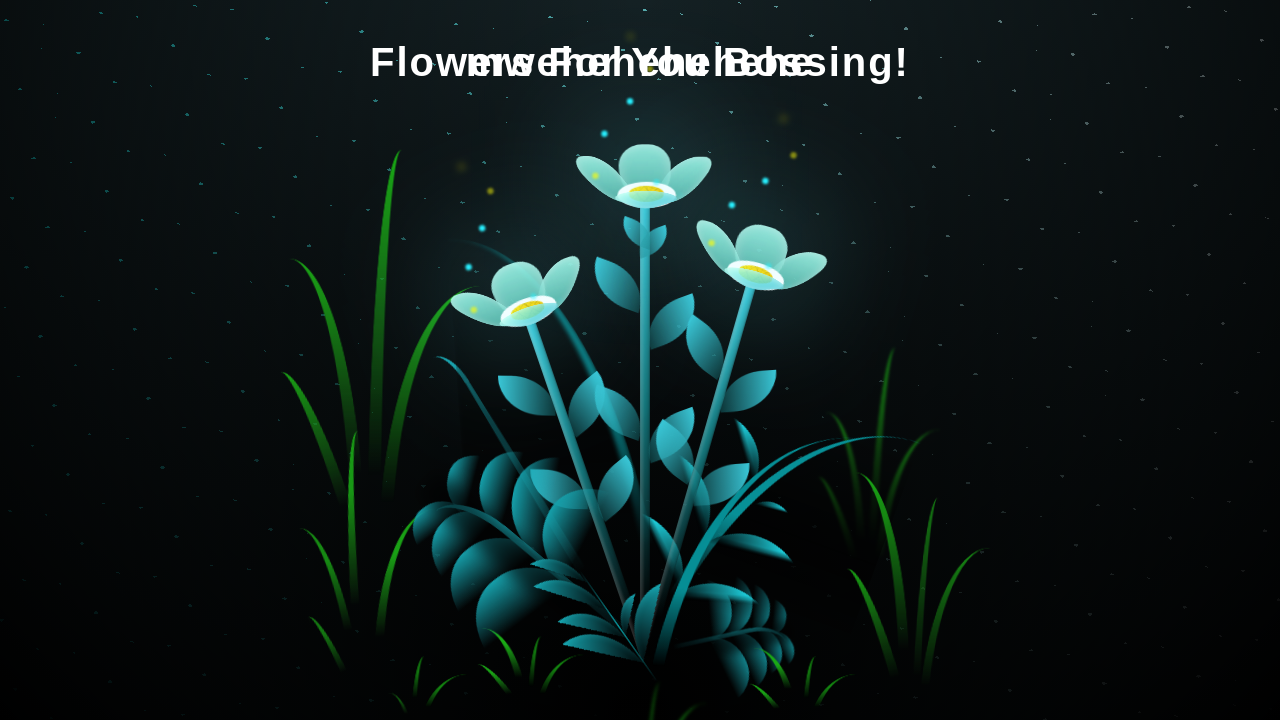
Repository: Iamfell/Valentines
Page: flower.html
The author's editor kept a copy of each file at every save. The page is drawn from the files as they stood at one save, then again after the next save.
The browser window is 1280 px wide. The pictures show the window.
A layer covers the whole window, so only the first screen is drawn.

Above is the page before, as saved 2026-02-12 18:22:59.

### flower.html
<!DOCTYPE html>
<html lang="en">
<head>
    <meta charset="UTF-8">
    <meta http-equiv="X-UA-Compatible" content="IE=edge">
    <meta name="viewport" content="width=device-width, initial-scale=1.0">
    <link rel="stylesheet" href="css/main.css">
    <link rel="icon" href="img/flowers.png" type="image/x-icon">
    <title>Happy Valentines Boss</title>
</head>
<body class="container">
    <h1 class="title">Flowers For You Bossing!</h1>
    <h1 class="title">mwehehehehehe</h1>
    <div class="night"></div>
    <div class="night"></div>
    <div class="flowers">
      <div class="flower flower--1">
        <div class="flower__leafs flower__leafs--1">
          <div class="flower__leaf flower__leaf--1"></div>
          <div class="flower__leaf flower__leaf--2"></div>
          <div class="flower__leaf flower__leaf--3"></div>
          <div class="flower__leaf flower__leaf--4"></div>
          <div class="flower__white-circle"></div>

          <div class="flower__light flower__light--1"></div>
          <div class="flower__light flower__light--2"></div>
          <div class="flower__light flower__light--3"></div>
          <div class="flower__light flower__light--4"></div>
          <div class="flower__light flower__light--5"></div>
          <div class="flower__light flower__light--6"></div>
          <div class="flower__light flower__light--7"></div>
          <div class="flower__light flower__light--8"></div>

        </div>
        <div class="flower__line">
          <div class="flower__line__leaf flower__line__leaf--1"></div>
          <div class="flower__line__leaf flower__line__leaf--2"></div>
          <div class="flower__line__leaf flower__line__leaf--3"></div>
          <div class="flower__line__leaf flower__line__leaf--4"></div>
          <div class="flower__line__leaf flower__line__leaf--5"></div>
          <div class="flower__line__leaf flower__line__leaf--6"></div>
        </div>
      </div>

      <div class="flower flower--2">
        <div class="flower__leafs flower__leafs--2">
          <div class="flower__leaf flower__leaf--1"></div>
          <div class="flower__leaf flower__leaf--2"></div>
          <div class="flower__leaf flower__leaf--3"></div>
          <div class="flower__leaf flower__leaf--4"></div>
          <div class="flower__white-circle"></div>

          <div class="flower__light flower__light--1"></div>
          <div class="flower__light flower__light--2"></div>
          <div class="flower__light flower__light--3"></div>
          <div class="flower__light flower__light--4"></div>
          <div class="flower__light flower__light--5"></div>
          <div class="flower__light flower__light--6"></div>
          <div class="flower__light flower__light--7"></div>
          <div class="flower__light flower__light--8"></div>

        </div>
        <div class="flower__line">
          <div class="flower__line__leaf flower__line__leaf--1"></div>
          <div class="flower__line__leaf flower__line__leaf--2"></div>
          <div class="flower__line__leaf flower__line__leaf--3"></div>
          <div class="flower__line__leaf flower__line__leaf--4"></div>
        </div>
      </div>

      <div class="flower flower--3">
        <div class="flower__leafs flower__leafs--3">
          <div class="flower__leaf flower__leaf--1"></div>
          <div class="flower__leaf flower__leaf--2"></div>
          <div class="flower__leaf flower__leaf--3"></div>
          <div class="flower__leaf flower__leaf--4"></div>
          <div class="flower__white-circle"></div>

          <div class="flower__light flower__light--1"></div>
          <div class="flower__light flower__light--2"></div>
          <div class="flower__light flower__light--3"></div>
          <div class="flower__light flower__light--4"></div>
          <div class="flower__light flower__light--5"></div>
          <div class="flower__light flower__light--6"></div>
          <div class="flower__light flower__light--7"></div>
          <div class="flower__light flower__light--8"></div>

        </div>
        <div class="flower__line">
          <div class="flower__line__leaf flower__line__leaf--1"></div>
          <div class="flower__line__leaf flower__line__leaf--2"></div>
          <div class="flower__line__leaf flower__line__leaf--3"></div>
          <div class="flower__line__leaf flower__line__leaf--4"></div>
        </div>
      </div>

      <div class="grow-ans" style="--d:1.2s">
        <div class="flower__g-long">
          <div class="flower__g-long__top"></div>
          <div class="flower__g-long__bottom"></div>
        </div>
      </div>

      <div class="growing-grass">
        <div class="flower__grass flower__grass--1">
          <div class="flower__grass--top"></div>
          <div class="flower__grass--bottom"></div>
          <div class="flower__grass__leaf flower__grass__leaf--1"></div>
          <div class="flower__grass__leaf flower__grass__leaf--2"></div>
          <div class="flower__grass__leaf flower__grass__leaf--3"></div>
          <div class="flower__grass__leaf flower__grass__leaf--4"></div>
          <div class="flower__grass__leaf flower__grass__leaf--5"></div>
          <div class="flower__grass__leaf flower__grass__leaf--6"></div>
          <div class="flower__grass__leaf flower__grass__leaf--7"></div>
          <div class="flower__grass__leaf flower__grass__leaf--8"></div>
          <div class="flower__grass__overlay"></div>
        </div>
      </div>

      <div class="growing-grass">
        <div class="flower__grass flower__grass--2">
          <div class="flower__grass--top"></div>
          <div class="flower__grass--bottom"></div>
          <div class="flower__grass__leaf flower__grass__leaf--1"></div>
          <div class="flower__grass__leaf flower__grass__leaf--2"></div>
          <div class="flower__grass__leaf flower__grass__leaf--3"></div>
          <div class="flower__grass__leaf flower__grass__leaf--4"></div>
          <div class="flower__grass__leaf flower__grass__leaf--5"></div>
          <div class="flower__grass__leaf flower__grass__leaf--6"></div>
          <div class="flower__grass__leaf flower__grass__leaf--7"></div>
          <div class="flower__grass__leaf flower__grass__leaf--8"></div>
          <div class="flower__grass__overlay"></div>
        </div>
      </div>

      <div class="grow-ans" style="--d:2.4s">
        <div class="flower__g-right flower__g-right--1">
          <div class="leaf"></div>
        </div>
      </div>

      <div class="grow-ans" style="--d:2.8s">
        <div class="flower__g-right flower__g-right--2">
          <div class="leaf"></div>
        </div>
      </div>

      <div class="grow-ans" style="--d:2.8s">
        <div class="flower__g-front">
          <div class="flower__g-front__leaf-wrapper flower__g-front__leaf-wrapper--1">
            <div class="flower__g-front__leaf"></div>
          </div>
          <div class="flower__g-front__leaf-wrapper flower__g-front__leaf-wrapper--2">
            <div class="flower__g-front__leaf"></div>
          </div>
          <div class="flower__g-front__leaf-wrapper flower__g-front__leaf-wrapper--3">
            <div class="flower__g-front__leaf"></div>
          </div>
          <div class="flower__g-front__leaf-wrapper flower__g-front__leaf-wrapper--4">
            <div class="flower__g-front__leaf"></div>
          </div>
          <div class="flower__g-front__leaf-wrapper flower__g-front__leaf-wrapper--5">
            <div class="flower__g-front__leaf"></div>
          </div>
          <div class="flower__g-front__leaf-wrapper flower__g-front__leaf-wrapper--6">
            <div class="flower__g-front__leaf"></div>
          </div>
          <div class="flower__g-front__leaf-wrapper flower__g-front__leaf-wrapper--7">
            <div class="flower__g-front__leaf"></div>
          </div>
          <div class="flower__g-front__leaf-wrapper flower__g-front__leaf-wrapper--8">
            <div class="flower__g-front__leaf"></div>
          </div>
          <div class="flower__g-front__line"></div>
        </div>
      </div>

      <div class="grow-ans" style="--d:3.2s">
        <div class="flower__g-fr">
          <div class="leaf"></div>
          <div class="flower__g-fr__leaf flower__g-fr__leaf--1"></div>
          <div class="flower__g-fr__leaf flower__g-fr__leaf--2"></div>
          <div class="flower__g-fr__leaf flower__g-fr__leaf--3"></div>
          <div class="flower__g-fr__leaf flower__g-fr__leaf--4"></div>
          <div class="flower__g-fr__leaf flower__g-fr__leaf--5"></div>
          <div class="flower__g-fr__leaf flower__g-fr__leaf--6"></div>
          <div class="flower__g-fr__leaf flower__g-fr__leaf--7"></div>
          <div class="flower__g-fr__leaf flower__g-fr__leaf--8"></div>
        </div>
      </div>

      <div class="long-g long-g--0">
        <div class="grow-ans" style="--d:3s">
          <div class="leaf leaf--0"></div>
        </div>
        <div class="grow-ans" style="--d:2.2s">
          <div class="leaf leaf--1"></div>
        </div>
        <div class="grow-ans" style="--d:3.4s">
          <div class="leaf leaf--2"></div>
        </div>
        <div class="grow-ans" style="--d:3.6s">
          <div class="leaf leaf--3"></div>
        </div>
      </div>

      <div class="long-g long-g--1">
        <div class="grow-ans" style="--d:3.6s">
          <div class="leaf leaf--0"></div>
        </div>
        <div class="grow-ans" style="--d:3.8s">
          <div class="leaf leaf--1"></div>
        </div>
        <div class="grow-ans" style="--d:4s">
          <div class="leaf leaf--2"></div>
        </div>
        <div class="grow-ans" style="--d:4.2s">
          <div class="leaf leaf--3"></div>
        </div>
      </div>

      <div class="long-g long-g--2">
        <div class="grow-ans" style="--d:4s">
          <div class="leaf leaf--0"></div>
        </div>
        <div class="grow-ans" style="--d:4.2s">
          <div class="leaf leaf--1"></div>
        </div>
        <div class="grow-ans" style="--d:4.4s">
          <div class="leaf leaf--2"></div>
        </div>
        <div class="grow-ans" style="--d:4.6s">
          <div class="leaf leaf--3"></div>
        </div>
      </div>

      <div class="long-g long-g--3">
        <div class="grow-ans" style="--d:4s">
          <div class="leaf leaf--0"></div>
        </div>
        <div class="grow-ans" style="--d:4.2s">
          <div class="leaf leaf--1"></div>
        </div>
        <div class="grow-ans" style="--d:3s">
          <div class="leaf leaf--2"></div>
        </div>
        <div class="grow-ans" style="--d:3.6s">
          <div class="leaf leaf--3"></div>
        </div>
      </div>

      <div class="long-g long-g--4">
        <div class="grow-ans" style="--d:4s">
          <div class="leaf leaf--0"></div>
        </div>
        <div class="grow-ans" style="--d:4.2s">
          <div class="leaf leaf--1"></div>
        </div>
        <div class="grow-ans" style="--d:3s">
          <div class="leaf leaf--2"></div>
        </div>
        <div class="grow-ans" style="--d:3.6s">
          <div class="leaf leaf--3"></div>
        </div>
      </div>

      <div class="long-g long-g--5">
        <div class="grow-ans" style="--d:4s">
          <div class="leaf leaf--0"></div>
        </div>
        <div class="grow-ans" style="--d:4.2s">
          <div class="leaf leaf--1"></div>
        </div>
        <div class="grow-ans" style="--d:3s">
          <div class="leaf leaf--2"></div>
        </div>
        <div class="grow-ans" style="--d:3.6s">
          <div class="leaf leaf--3"></div>
        </div>
      </div>

      <div class="long-g long-g--6">
        <div class="grow-ans" style="--d:4.2s">
          <div class="leaf leaf--0"></div>
        </div>
        <div class="grow-ans" style="--d:4.4s">
          <div class="leaf leaf--1"></div>
        </div>
        <div class="grow-ans" style="--d:4.6s">
          <div class="leaf leaf--2"></div>
        </div>
        <div class="grow-ans" style="--d:4.8s">
          <div class="leaf leaf--3"></div>
        </div>
      </div>

      <div class="long-g long-g--7">
        <div class="grow-ans" style="--d:3s">
          <div class="leaf leaf--0"></div>
        </div>
        <div class="grow-ans" style="--d:3.2s">
          <div class="leaf leaf--1"></div>
        </div>
        <div class="grow-ans" style="--d:3.5s">
          <div class="leaf leaf--2"></div>
        </div>
        <div class="grow-ans" style="--d:3.6s">
          <div class="leaf leaf--3"></div>
        </div>
      </div>
    </div>

    <script src="main.js"></script>
  </body>
</html>

Loaded but not shown: main.js (common file); css/main.css (1335 lines, source omitted)

After the next save:
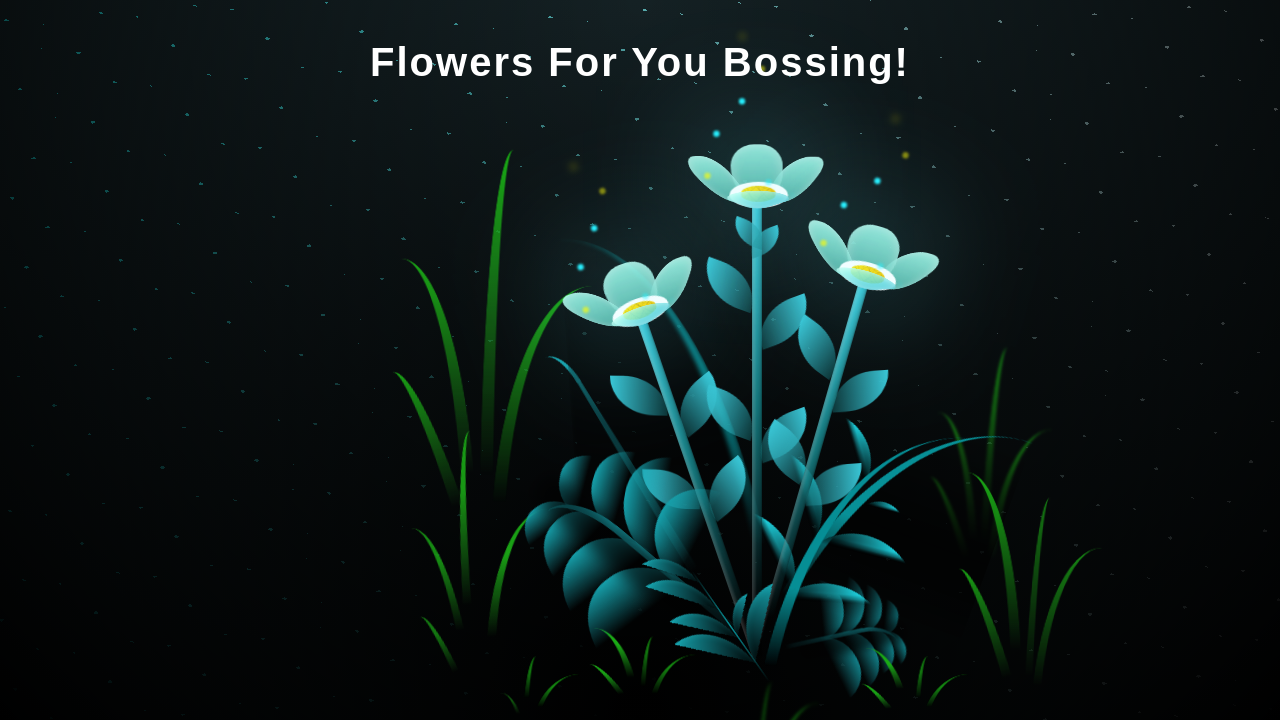
Saved 23 s later.
--- a/flower.html
+++ b/flower.html
@@ -10,7 +10,7 @@
 </head>
 <body class="container">
     <h1 class="title">Flowers For You Bossing!</h1>
-    <h1 class="title">mwehehehehehe</h1>
+    <h1 class="titlee">mwehehehehehe</h1>
     <div class="night"></div>
     <div class="night"></div>
     <div class="flowers">
